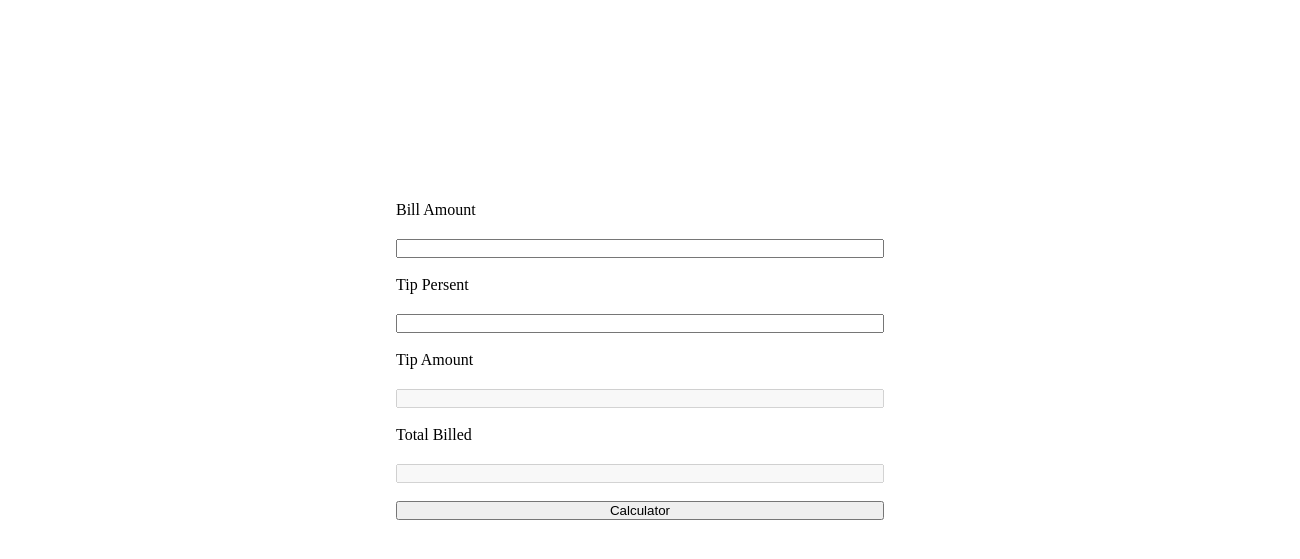
Repository: ZainAkbar51214/Tip-Calculator
Page: index.html
These files come from the project's save history. The page is drawn as it stood at one moment and after the next save; the edit follows.
The browser window is 1280 px wide. The page is 1300 px wide, so the pictures cover 1300 px, including what lies to the right of the window. The pictures show the whole page.
The style sheet was rebuilt from its Sass, Less or Tailwind sources for each picture, by a compiler version that may differ from the author's.

Above is the page before, as saved 2024-03-25 10:05:35.

### index.html
<!DOCTYPE html>
<html lang="en">

<head>
    <meta charset="UTF-8">
    <meta name="viewport" content="width=device-width, initial-scale=1.0">
    <title>Tip Calculator</title>
    <!-- css custom link -->
    <link rel="stylesheet" href="css/style.css">
</head>

<body>
    <div class="container">
        <div class="row">
            <div class="col">
                <div class="calculator">
                    <label>Bill Amount</label>
                    <input type="text" name="" id="tip_amount">
                    <br>
                    <label>Tip Persent</label>
                    <input type="text" name="" id="tip_persent">
                    <br>
                    <label>Tip Amount</label>
                    <input type="text" name="" id="tip_total" disabled>
                    <br>
                    <label>Total Billed</label>
                    <input type="text" name="" id="total_billed" disabled>
                    <br>
                    <button class="btn" onclick="tipCalculate()">Calculator</button>
                </div>
            </div>
        </div>
    </div>
</body>

</html>

### css/style.scss
*{
    margin: 0;
    padding: 0;
    box-sizing: border-box;
}

.container{
    width: 100%;
    max-width: 1350px;
    margin: auto;

    .row{
        display: flex;
        flex-wrap: wrap;
        margin-left: -20px;
        margin-right: -20px;
        height: 100vh;

        .col{
            flex: 0 0 40%;
            margin: auto;
            padding: 20px;

            .calculator{
                display: flex;
                flex-direction: column;

                label{
                    margin-bottom: 20px;
                }
            }
        }
    }
}

After the next save:
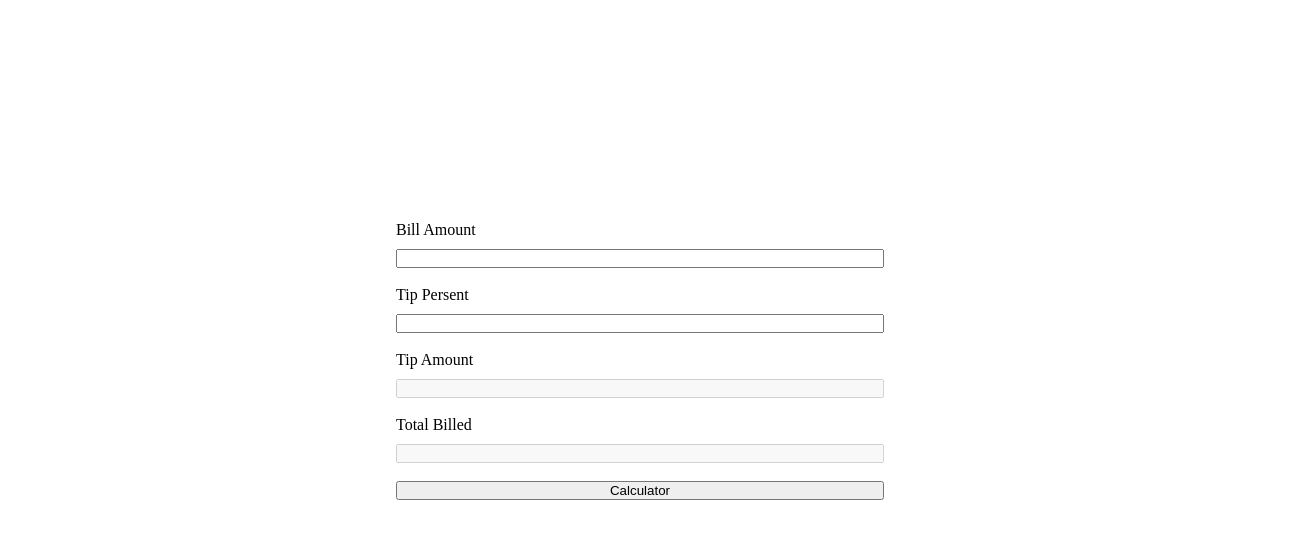
Saved 4 s later.
--- a/css/style.scss
+++ b/css/style.scss
@@ -26,7 +26,7 @@
                 flex-direction: column;
 
                 label{
-                    margin-bottom: 20px;
+                    margin-bottom: 10px;
                 }
             }
         }
